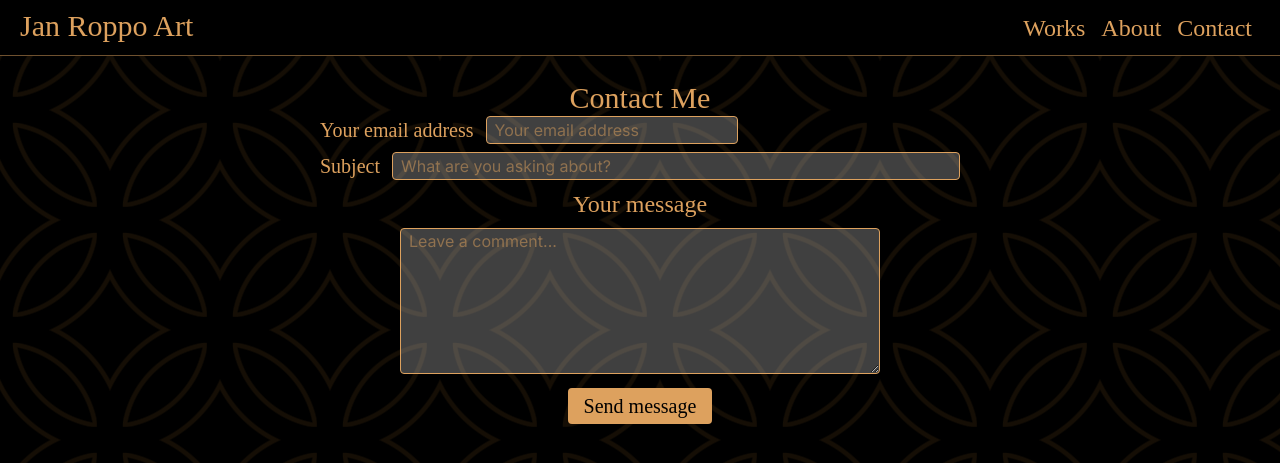
Repository: YanceMcFinn/JRArt
Page: /contact
These files come from the project's save history. The page is drawn as it stood at one moment and after the next save; the edit follows.
The browser window is 1280 px wide. The pictures show the whole page.
Some web fonts or font styles are not loaded; a fallback is used. The project was rebuilt for these pictures with package versions that can differ from the ones it lists, and the page was loaded fresh each time. The framework's server and built-in components were replaced by stand-ins that run in the browser. Also part of the build but not shown: next.config.js.

Above is the page before, as saved 2023-10-28 22:42:58.

### app/layout.js
import './globals.css'
import { Inter } from 'next/font/google'

import Navbar from './components/Navbar'

const inter = Inter({ subsets: ['latin'] })

export const metadata = {
  title: 'Jan Roppo Art',
  description: 'The art of Jan Roppo',
}

export default function RootLayout({ children }) {
  return (
    <html lang="en">
      <head>
        <link rel="preconnect" href="https://fonts.googleapis.com" />
        <link rel="preconnect" href="https://fonts.gstatic.com" crossorigin />
        <link href="https://fonts.googleapis.com/css2?family=Macondo+Swash+Caps&display=swap" rel="stylesheet" />
      </head>
      <body className={inter.className}>
        <Navbar />
        {children}
      </body>
    </html>
  )
}

### app/contact/page.jsx
'use client'

import Image from 'next/image'

export default function Contact() {
    return(
        <div className='text-main-color text-center justify-content-center mt-20'>
            <div className='title text-center text-3xl'>Contact Me</div>
                <form className='w-6/12 mx-auto'>
                    <div className='mb-2 flex'>
                        <label for="email" className='pr-3 title text-xl'>Your email address</label>
                        <input type="email" className='rounded px-2 bg-white/25 border border-main-color text-main-color placeholder-main-color/50 focus:border-main-color focus:border-2 focus:outline-none focus:ring-0'id="email" placeholder="Your email address" required/>
                    </div>
                    <div className='mb-2 flex justify-end'>
                        <label for="subject" className='pr-3 title text-xl'>Subject</label>
                        <input type="text" id="subject" className='rounded w-full px-2 bg-white/25 border border-main-color text-main-color placeholder-main-color/50 focus:border-main-color focus:border-2 focus:outline-none focus:ring-0' placeholder="What are you asking about?" required/>
                    </div>
                <div class="sm:col-span-2">
              <label for="message" className='title text-2xl' >Your message</label><br/>
              <textarea id="message" rows="6" placeholder="Leave a comment..." className='rounded w-9/12 px-2 mt-2 bg-white/25 border border-main-color text-main-color placeholder-main-color/50 focus:border-main-color focus:border-2 focus:outline-none focus:ring-0'></textarea>
          </div>
          <button type="submit" className='bg-main-color text-black title text-xl rounded px-4 py-1 mt-2'>Send message</button>
      </form>
        </div>
    )
}

### app/globals.css
@tailwind base;
@tailwind components;
@tailwind utilities;

@import url('https://fonts.googleapis.com/css2?family=Macondo+Swash+Caps&display=swap');
/* body {
 background-color: black;
} */


.title {
    font-family: 'Macondo Swash Caps', cursive;
}

html {
    --s: 220px; /* control the size */
    --c1: #150e05;
    --c2: #000000;

    --_g:radial-gradient(#0000 60%,var(--c1) 61% 63%,#0000 64% 77%,var(--c1) 78% 80%,#0000 81%);
    --_c:,#0000 75%,var(--c2) 0;
    background:
      conic-gradient(at 12% 20% var(--_c)) calc(var(--s)* .44) calc(.9*var(--s)),
      conic-gradient(at 12% 20% var(--_c)) calc(var(--s)*-.06) calc(.4*var(--s)),
      conic-gradient(at 20% 12% var(--_c)) calc(.9*var(--s)) calc(var(--s)* .44),
      conic-gradient(at 20% 12% var(--_c)) calc(.4*var(--s)) calc(var(--s)*-.06),
      var(--_g),var(--_g) calc(var(--s)/2) calc(var(--s)/2) var(--c2);
    background-size: var(--s) var(--s);
    background-attachment: fixed;
  }

### app/components/Navbar.jsx
import React from "react";

const Navbar = () => {
    return(
    <>
    <div className="top-0 w-full z-10 h-14 bg-black px-5 py-2 text-main-color border-b border-b-main-color/50 fixed">
      <div className="float-left title text-3xl">
        <a className="hover:text-white" href="/">Jan Roppo Art</a>
      </div>
      <div className="mt-1 float-right title text-2xl">
        <ul>
        <li className="inline px-2">
            <a href="/" className="hover:text-white">Works</a>
          </li>
          <li className="inline px-2">
            <a href="/about" className="hover:text-white">About</a>
          </li>
          <li className="inline px-2">
            <a href="/contact" className="hover:text-white">Contact</a>
          </li>
        </ul>
      </div>
    </div>
    </>

    )
}

export default Navbar

### tailwind.config.js
/** @type {import('tailwindcss').Config} */
module.exports = {
  content: [
    './pages/**/*.{js,ts,jsx,tsx,mdx}',
    './components/**/*.{js,ts,jsx,tsx,mdx}',
    './app/**/*.{js,ts,jsx,tsx,mdx}',
  ],
  theme: {
    extend: {
      backgroundImage: {
      },
      colors: {
        'main-color': '#dda15e'
      },
    },
  },
  plugins: [],
}

After the next save:
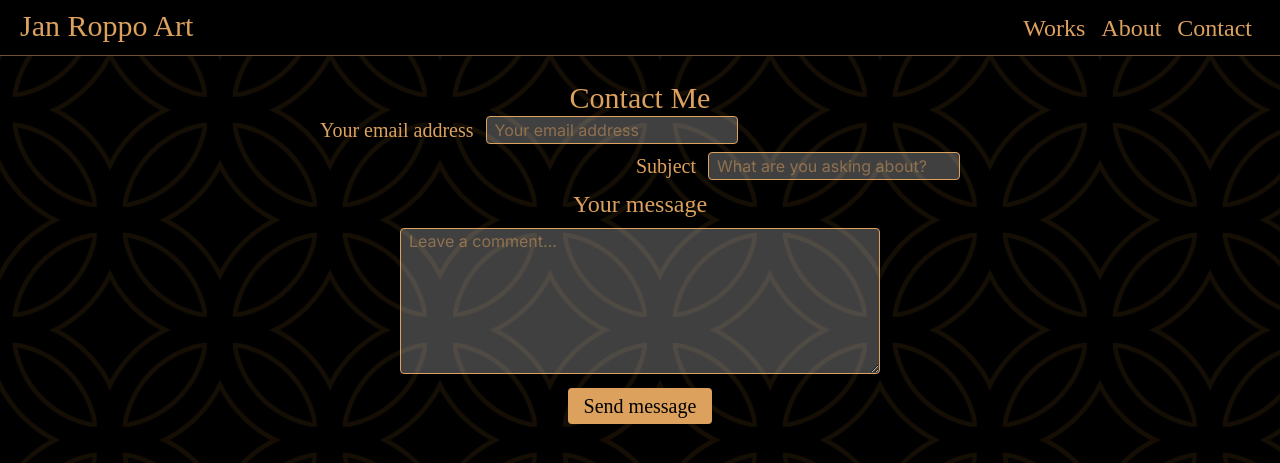
Saved 70 s later.
--- a/app/contact/page.jsx
+++ b/app/contact/page.jsx
@@ -13,7 +13,7 @@ export default function Contact() {
                     </div>
                     <div className='mb-2 flex justify-end'>
                         <label for="subject" className='pr-3 title text-xl'>Subject</label>
-                        <input type="text" id="subject" className='rounded w-full px-2 bg-white/25 border border-main-color text-main-color placeholder-main-color/50 focus:border-main-color focus:border-2 focus:outline-none focus:ring-0' placeholder="What are you asking about?" required/>
+                        <input type="text" id="subject" className='rounded px-2 bg-white/25 border border-main-color text-main-color placeholder-main-color/50 focus:border-main-color focus:border-2 focus:outline-none focus:ring-0' placeholder="What are you asking about?" required/>
                     </div>
                 <div class="sm:col-span-2">
               <label for="message" className='title text-2xl' >Your message</label><br/>
